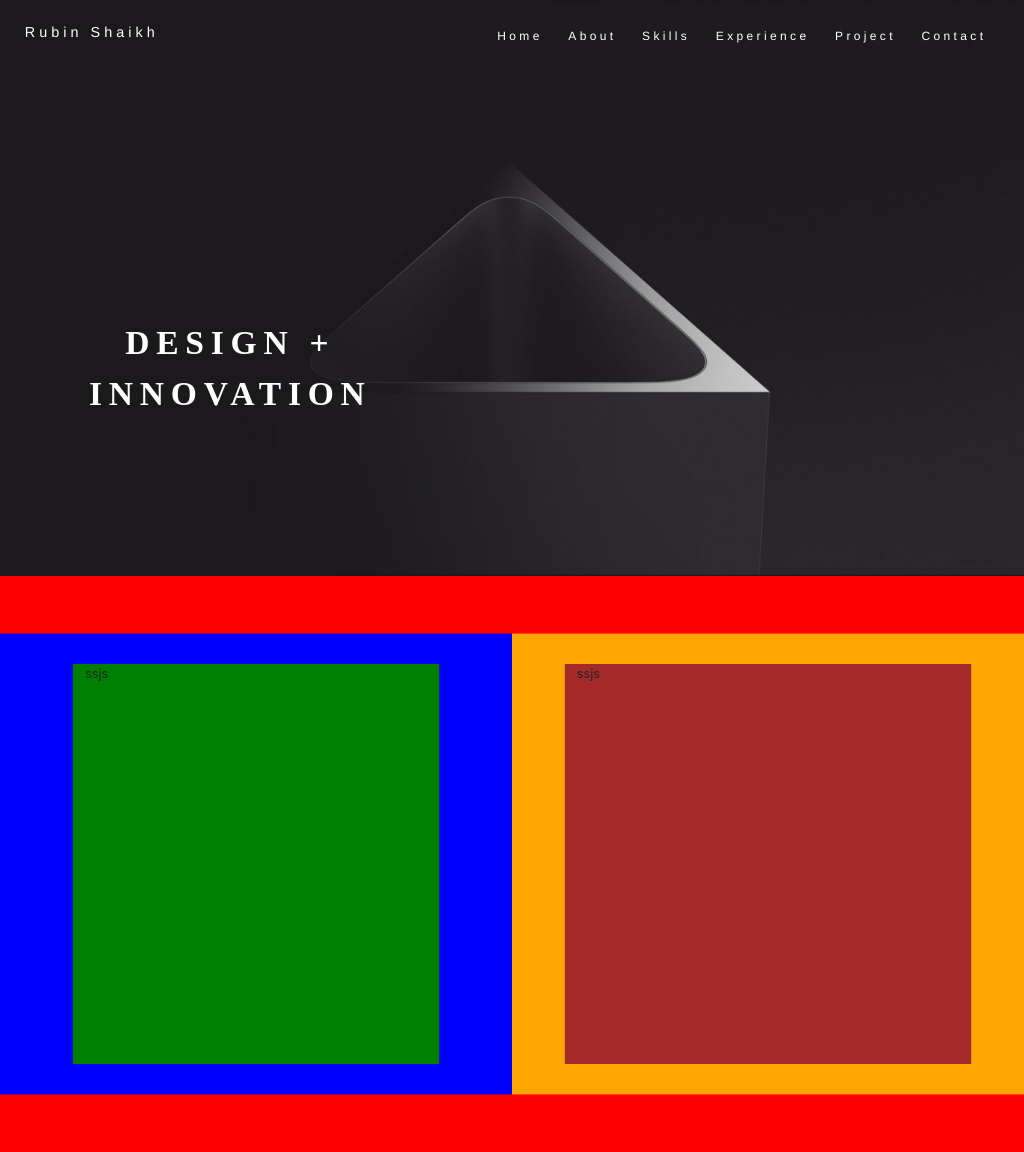
Repository: Rubin78/My-Portfolio
Page: /second
An editor plug-in stored every save of this project. The page is shown before and after the next save, followed by the edit.
The browser window is 1280 px wide. The pictures show the whole page, at 80% of full size.
The project was rebuilt for these pictures with package versions that can differ from the ones it lists, and the page was loaded fresh each time. Also part of the build but not shown: src/components/First/First.module.css, src/components/First/First.js, src/components/Third.js.

Above is the page before, as saved 2020-07-21 19:45:08.

### src/App.js
import React from 'react';

// import './App.css';

import { BrowserRouter as Router, Switch, Route } from "react-router-dom";
import First from './components/First/First';
import Second from './components/Second';
import Third from './components/Third';
function App() {
  return (
    <Router>
        <div className="App">

          <Switch>
            <Route exact path="/" component={First} />
            <Route exact path="/second" component={Second} />
            <Route exact path="/third" component={Third} />



            <Route render={() => <h2>404 Page Not Found</h2>} />
          </Switch>
        </div>
      </Router>
  );
}

export default App;

### src/components/Second.js
// import React, { Component } from 'react';
// import { Link } from "react-router-dom";
// class Second extends Component {
//     render() {
//         console.log(this.props);
//         return (




//             <div>
//                 <Link to="/third" >Go to the third page</Link>

//         <div>{this.props.location.state}</div>
//             </div>
//         );
//     }
// }

// export default Second;








import React, { useState } from 'react';
import {
  Collapse,
  Navbar,
  NavbarToggler,
  NavbarBrand,
  Nav,
  NavItem,
  NavLink,
  UncontrolledDropdown,
  DropdownToggle,
  DropdownMenu,
  DropdownItem,
  NavbarText
} from 'reactstrap';
import { Container, Row, Col} from 'reactstrap';
import styles  from '../components/Second.css'
import hero1 from '../assests/hero1.jpg';
import { Hidden } from '@material-ui/core';


const Example = (props) => {
  const [isOpen, setIsOpen] = useState(false);

  const toggle = () => setIsOpen(!isOpen);

  return (
<div>
    <Container fluid  className="containerBody2" style={{  backgroundImage:`url(${hero1})`,backgroundColor:'red'}} >
    <div style={{backgroundColor:'transparent',height:90,display:'flex'}}>


      <Navbar color="red" light expand="md"  style={{display:'flex',flex:1,position:'sticky'}} >
        <NavbarBrand href="/"><h4  className="textheader1" >Rubin Shaikh</h4></NavbarBrand>
        <NavbarToggler onClick={toggle} style={{color:'white',backgroundColor:'#F5F5F5'}} />
        <Collapse isOpen={isOpen} navbar >
          <Nav className="mr-auto" navbar>



         </Nav>

         <NavLink  href="/components/"  className="textheader" >Home</NavLink>
         <NavLink href="/components/" className="textheader">About</NavLink>
          <NavLink href="/components/" className="textheader">Skills</NavLink>
          <NavLink href="/components/" className="textheader">Experience</NavLink>
          <NavLink href="/components/" className="textheader">Project</NavLink>
          <NavLink href="/components/" className="textheader">Contact</NavLink>
        </Collapse>
      </Navbar>
    </div>


<Col sm="5"  style={{ display:'flex',flex:1,
alignItems:'space-between',justifyContent:'center',paddingLeft:40,}}>
<div style={{display:'flex',height:450,flexDirection:'column',justifyContent:'flex-end',alignItems:'flex-start',marginBottom:20,}} >

    <div style={{color:'white',fontSize:42,textAlign:'center',fontFamily:"Patua One",fontWeight:"bolder",letterSpacing:'.20em'}} >
    {/* <div style={{color:'#ffffff',fontSize:15,textAlign:"left",letterSpacing:'.1em',paddingLeft:60}}>HELLO,</div> */}

      DESIGN +
   <p style={{paddingBottom:-15}}>INNOVATION</p></div>
    {/* <button onClick={this.submitHandler} >go to second page</button> */}
    </div>
</Col>
    </Container>


<Container fluid  className="container2">
<Row >
        <Col md="6" sm="6" className="container2column" style={{backgroundColor:"blue"}} >

          <Col sm="9" classID="container2insider" style={{backgroundColor:'green',height:500}}>
            ssjs
            </Col>
        </Col>
        <Col md="6" sm="6" className="container2column"  style={{backgroundColor:"orange  "}}>


        <Col sm="10" classID="container2insider" style={{backgroundColor:'brown',height:500}}>
            ssjs
            </Col>
        </Col>



      </Row>
</Container>

    </div>
  );
}

export default Example;

### src/components/Second.css

.containerBody2{



    background-position: center;
    background-size: cover;
    background-repeat: 'no-repeat';
    height: 100vh;
    width: calc(100vw -12px);
    overflow: hidden;
    position: relative;
background-color: black;

}


.container2{

    height: 100vh;
    width: calc(100vw -12px);
    overflow: hidden;
    background-color: red;

position: relative;

align-items: center;
display: flex;
}


.textheader{


  color: white;
  font-size: 15px;
font-family: "Gotham-Medium","Helvetica Neue","sans-serif";
letter-spacing: .28em;
}



.textheader1{


    color: white;
    font-size: 18px;
  font-family: "Gotham-Medium","Helvetica Neue","sans-serif";
  letter-spacing: .28em;
  }




.textcolor{
font-size: 45px;
margin-bottom: 20px;
letter-spacing: -1px;
font-family: "Gotham-Bold","Helvetica Neue",sans-serif;


background-color: red;


}


.container2row{

display: flex;
flex: 1;

justify-content: center;
align-items: center;
height: 100vh;
background-color: blue;

}


.container2column{

    height: 80vh;
    width: 100vw;
    background-color: green;
    display: flex;
    justify-content: center;
    align-items: center;
}

Loaded but not shown: public/index.html (common file); src/index.js (common file); src/index.css (common file); src/serviceWorker.js (common file)

After the next save:
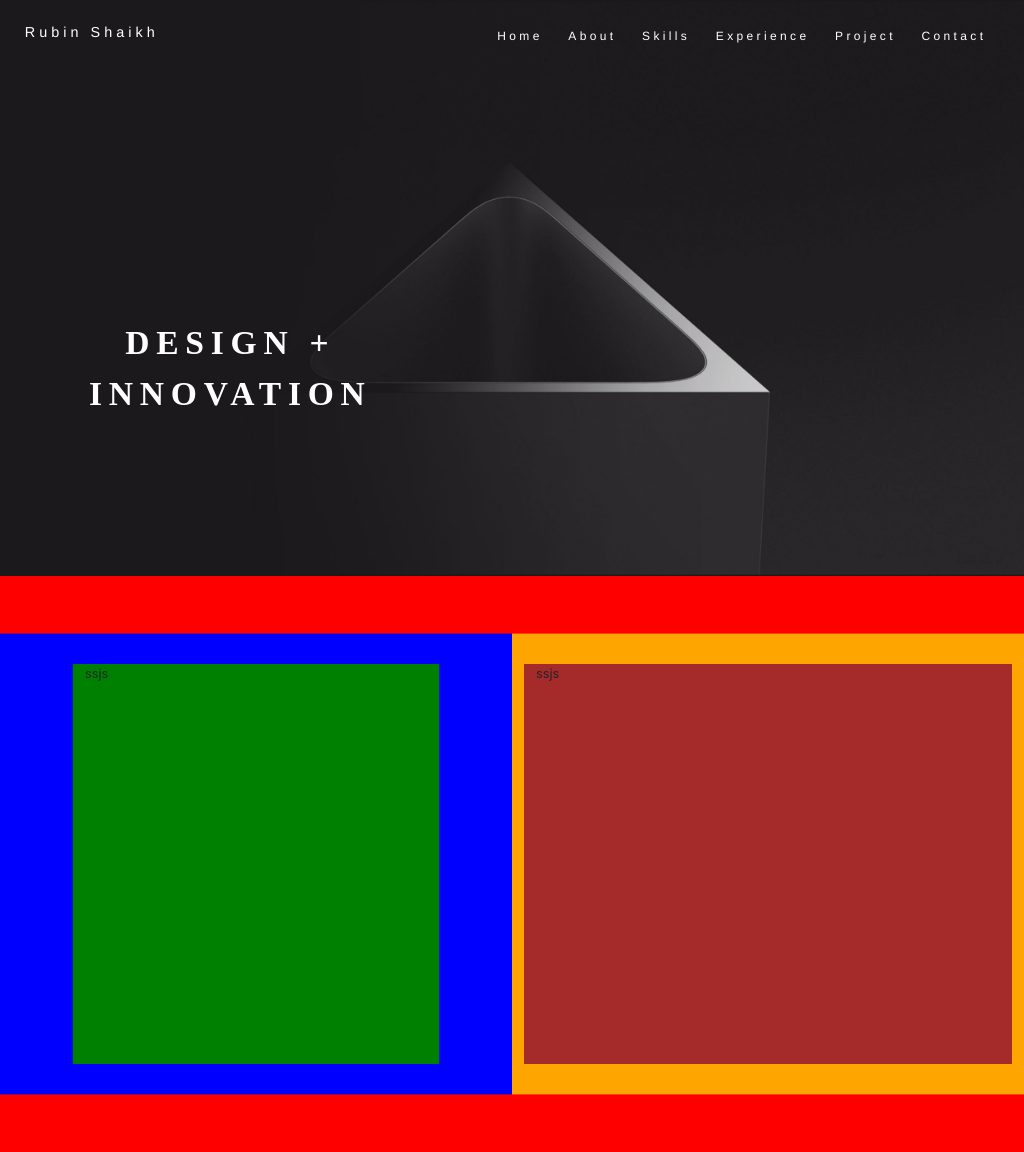
Saved 23 s later.
--- a/src/components/Second.js
+++ b/src/components/Second.js
@@ -105,7 +105,7 @@
         <Col md="6" sm="6" className="container2column"  style={{backgroundColor:"orange  "}}>
 
 
-        <Col sm="10" classID="container2insider" style={{backgroundColor:'brown',height:500}}>
+        <Col sm="12" classID="container2insider" style={{backgroundColor:'brown',height:500}}>
             ssjs
             </Col>
         </Col>
